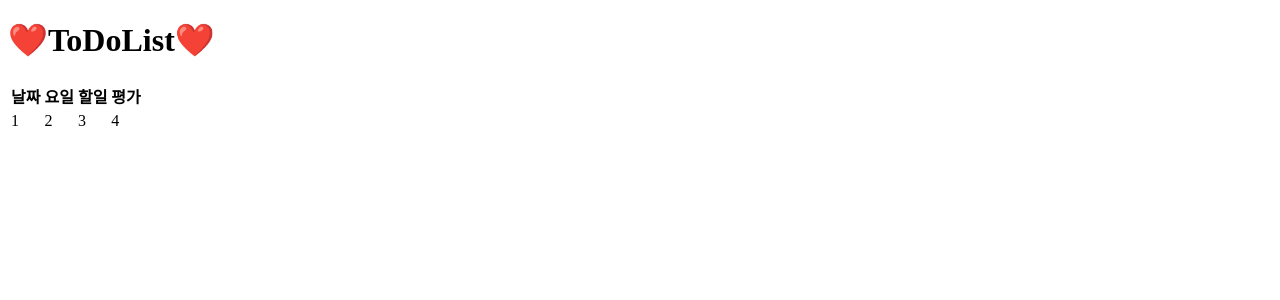
Repository: Flower-Deer/Mybatis_Practice_TodoList
Page: http://localhost/ToDoList/test.jsp
The author's editor kept a copy of each file at every save. The page is drawn from the files as they stood at one save, then again after a run of saves.
The browser window is 1280 px wide. The pictures show the whole page.
The page is served by Tomcat 9.

Above is the page before, as saved 2023-03-18 06:04:43.

### ToDoList/src/main/webapp/test.jsp
<%@ page language="java" contentType="text/html; charset=UTF-8"
    pageEncoding="UTF-8"%>
<!DOCTYPE html>
<html>
<head>
<meta charset="EUC-KR">
<title>투두리스트</title>
</head>
<body>
<h1>❤️ToDoList❤️</h1>
<table>
	<thead>
		<tr>
			<th>날짜</th>
			<th>요일</th>
			<th>할일</th>
			<th>평가</th>
		</tr>
	</thead>
	<tbody>
		<tr>
			<td>1</td>
			<td>2</td>
			<td>3</td>
			<td>4</td>
		</tr>
	</tbody>
</table>
</body>
</html>

After the next 2 saves:
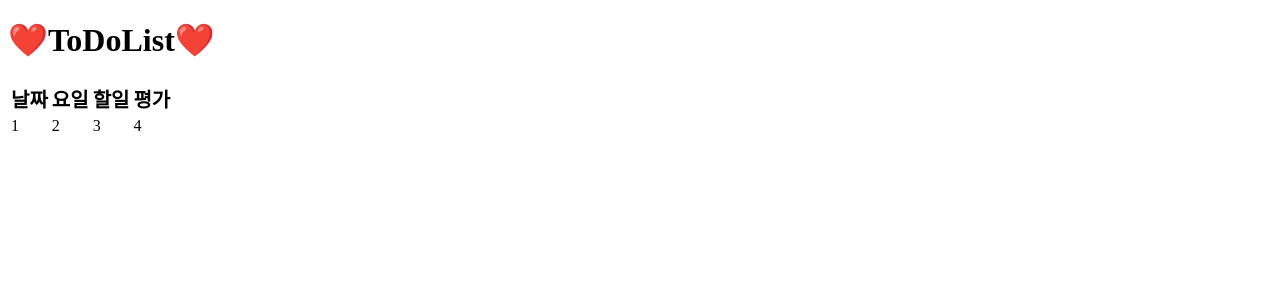
The 2 saves are shown as one change because they came seconds apart.
The last was saved 29 s later.
--- a/ToDoList/src/main/webapp/test.jsp
+++ b/ToDoList/src/main/webapp/test.jsp
@@ -9,7 +9,7 @@
 <body>
 <h1>❤️ToDoList❤️</h1>
 <table>
-	<thead>
+	<thead style="font-size: 20px;">
 		<tr>
 			<th>날짜</th>
 			<th>요일</th>
